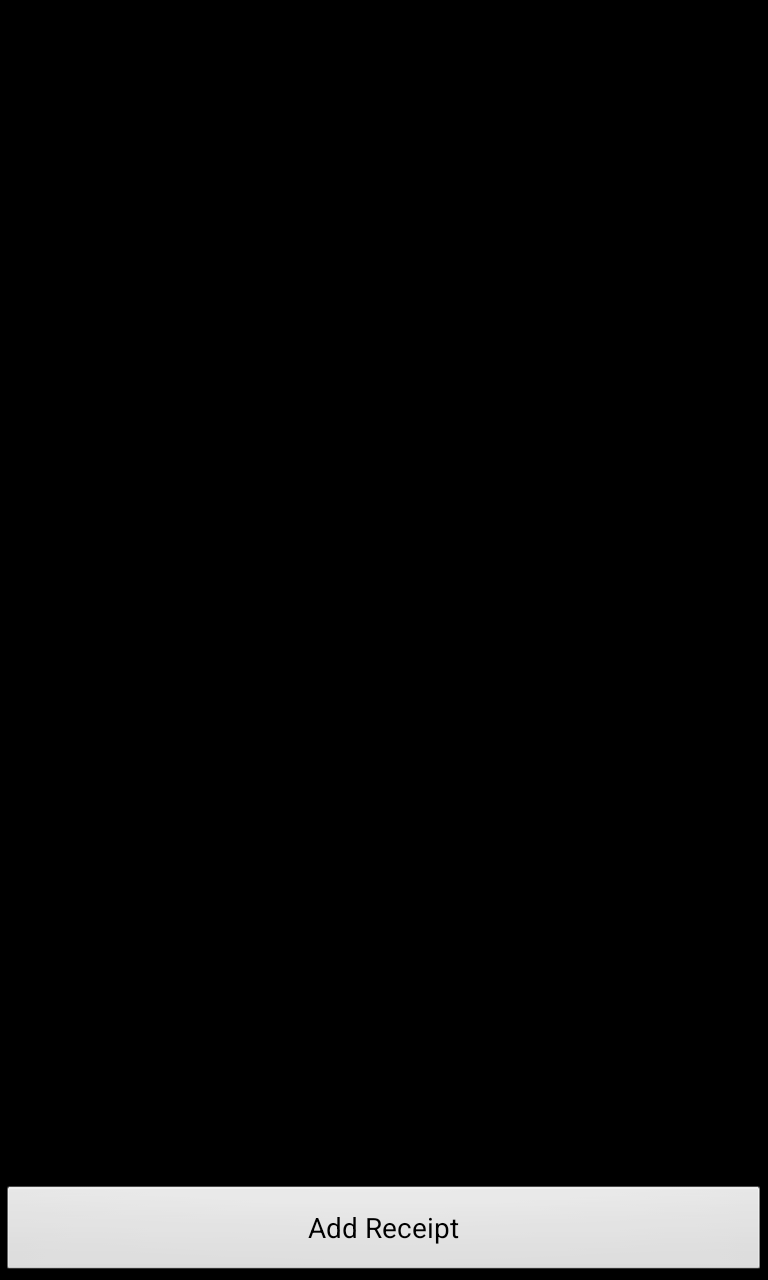
Repository: codingricky/android-expense-it
Layout: expenseit/res/layout/receipt.xml
An editor plug-in stored every save of this project. The layout is shown before and after the next save, followed by the edit.
It is drawn on a 768 x 1280 px phone screen (xhdpi) without system bars, with theme android:Theme; the app's code is not run. Lists and similar views that code fills are empty.

Above is the layout before, as saved 2012-04-29 00:19:24.

### expenseit/res/layout/receipt.xml
<?xml version="1.0" encoding="utf-8"?>
<LinearLayout xmlns:android="http://schemas.android.com/apk/res/android"
    android:layout_width="match_parent"
    android:layout_height="match_parent"
    android:orientation="vertical" >

    <ListView
        android:id="@+id/list"
        android:layout_width="match_parent"
        android:layout_height="312dp"
        android:layout_weight="0.57" >
    </ListView>

    <RelativeLayout
        android:id="@+id/relativeLayout1"
        android:layout_width="match_parent"
        android:layout_height="wrap_content"
        android:layout_weight="0.57" >

        <Button
            android:id="@+id/addReceiptButton"
            android:layout_width="match_parent"
            android:layout_height="wrap_content"
            android:layout_alignParentBottom="true"
            android:layout_alignParentLeft="true"
            android:text="Add Receipt" />

    </RelativeLayout>

</LinearLayout>

After the next save:
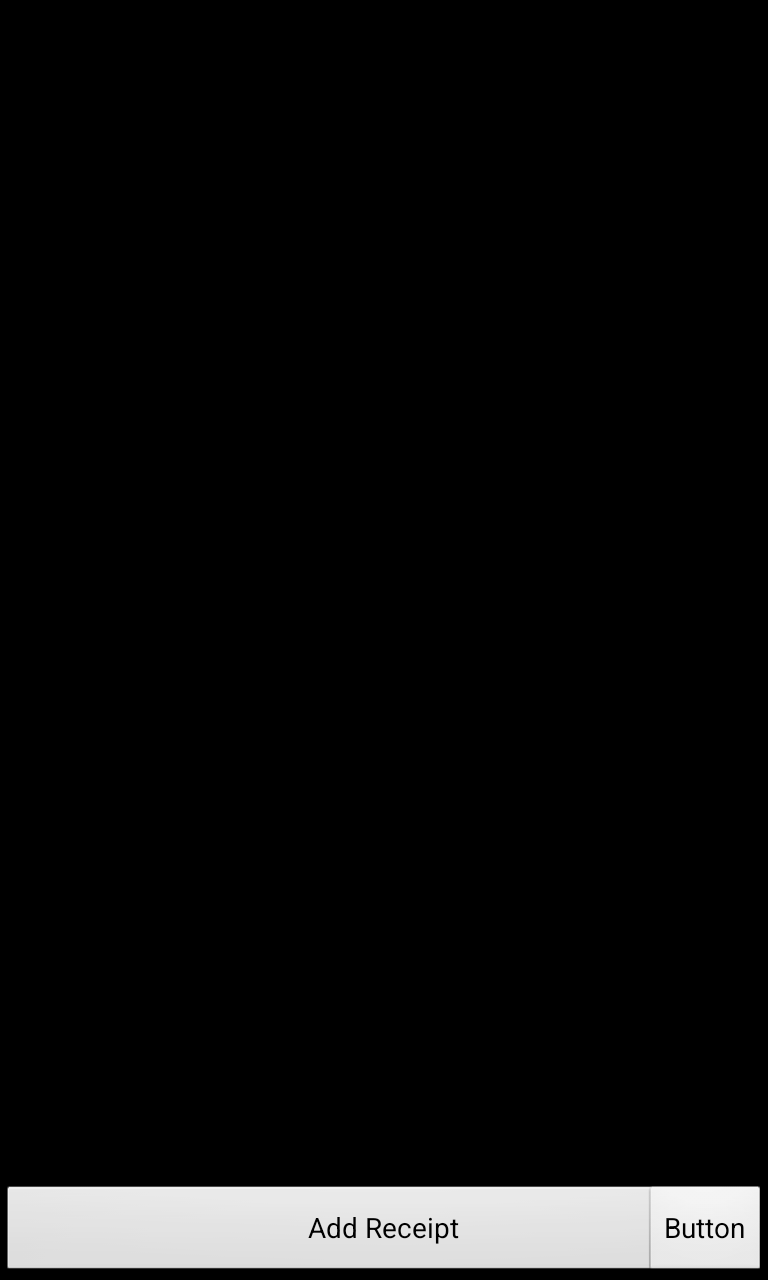
Saved 2 min 2 s later.
--- a/expenseit/res/layout/receipt.xml
+++ b/expenseit/res/layout/receipt.xml
@@ -1,5 +1,5 @@
 <?xml version="1.0" encoding="utf-8"?>
-<LinearLayout xmlns:android="http://schemas.android.com/apk/res/android"
+<RelativeLayout xmlns:android="http://schemas.android.com/apk/res/android"
     android:layout_width="match_parent"
     android:layout_height="match_parent"
     android:orientation="vertical" >
@@ -11,20 +11,20 @@
         android:layout_weight="0.57" >
     </ListView>
 
-    <RelativeLayout
-        android:id="@+id/relativeLayout1"
+    <Button
+        android:id="@+id/addReceiptButton"
         android:layout_width="match_parent"
         android:layout_height="wrap_content"
-        android:layout_weight="0.57" >
+        android:layout_alignParentBottom="true"
+        android:layout_alignParentLeft="true"
+        android:text="Add Receipt" />
 
-        <Button
-            android:id="@+id/addReceiptButton"
-            android:layout_width="match_parent"
-            android:layout_height="wrap_content"
-            android:layout_alignParentBottom="true"
-            android:layout_alignParentLeft="true"
-            android:text="Add Receipt" />
+    <Button
+        android:id="@+id/button1"
+        android:layout_width="wrap_content"
+        android:layout_height="wrap_content"
+        android:layout_alignParentBottom="true"
+        android:layout_alignParentRight="true"
+        android:text="Button" />
 
-    </RelativeLayout>
-
-</LinearLayout>
+</RelativeLayout>
